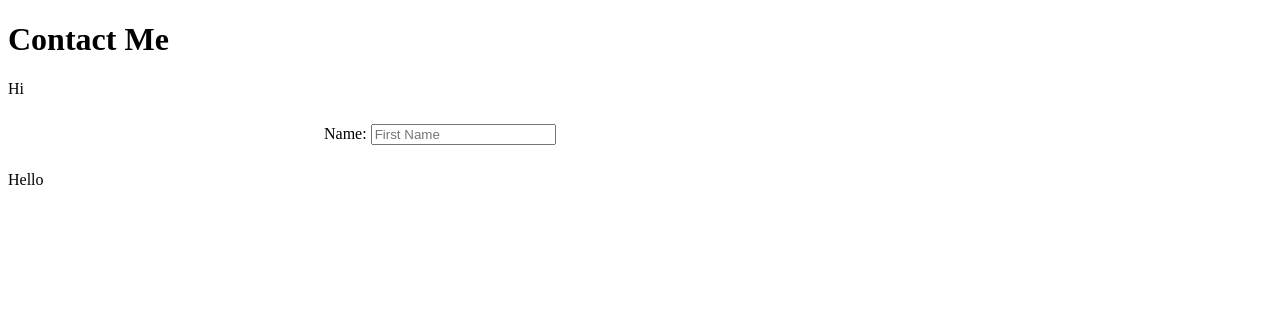
Repository: JanakanS95/COMP-229-Assignment-1
Page: http://localhost/contact
The author's editor kept a copy of each file at every save. The page is drawn from the files as they stood at one save, then again after the next save.
The browser window is 1280 px wide. The pictures show the whole page.
The page is served by the project's Node server (app.js). Other server files are loaded and not shown.

Above is the page before, as saved 2021-06-03 16:54:59.

### views/contact.ejs
<!DOCTYPE html>
<html>
  <head>
    <title><%= title %></title>
    <link rel='stylesheet' href='/Content/contact.css' />
  </head>
  <body>
    <h1><%= title %></h1>
    <p>Hi</p>
    <form>
        <label>Name:</label>
        <input id='name' placeholder='First Name'>
        <br>
    </form>
    <p>Hello</p>
  </body>
</html>

### app.js
let createError = require('http-errors');
let express = require('express');
let path = require('path');
let cookieParser = require('cookie-parser');
let logger = require('morgan');

let indexRouter = require('./routes/index');
let usersRouter = require('./routes/users');

let app = express();

// view engine setup
app.set('views', path.join(__dirname, 'views'));
app.set('view engine', 'ejs');

app.use(logger('dev'));
app.use(express.json());
app.use(express.urlencoded({ extended: false }));
app.use(cookieParser());
app.use(express.static(path.join(__dirname, 'public')));

app.use('/', indexRouter);
app.use('/users', usersRouter);

// catch 404 and forward to error handler
app.use(function(req, res, next) {
  next(createError(404));
});

// error handler
app.use(function(err, req, res, next) {
  // set locals, only providing error in development
  res.locals.message = err.message;
  res.locals.error = req.app.get('env') === 'development' ? err : {};

  // render the error page
  res.status(err.status || 500);
  res.render('error');
});

module.exports = app;

### routes/index.js
var express = require('express');
var router = express.Router();

/* GET home page. */
router.get('/', function(req, res, next) {
  res.render('index', { title: 'Janakan Sivananthan' });
});

/* GET home page. */
router.get('/home', function(req, res, next) {
  res.render('index', { title: 'Janakan Sivananthan' });
});

/* GET About me page. */
router.get('/about', function(req, res, next) {
  res.render('about', { title: 'About Me' });
});

/* GET Projects page. */
router.get('/projects', function(req, res, next) {
  res.render('projects', { title: 'Projects' });
});

/* GET Service page. */
router.get('/services', function(req, res, next) {
  res.render('services', { title: 'Services' });
});

/* GET Contact Me page. */
router.get('/contact', function(req, res, next) {
  res.render('contact', { title: 'Contact Me' });
});

module.exports = router;

### public/Content/contact.css
form{
    margin: auto;
    width : 50%;
    padding : 10px;
}

p{
    color: black;
}

After the next save:
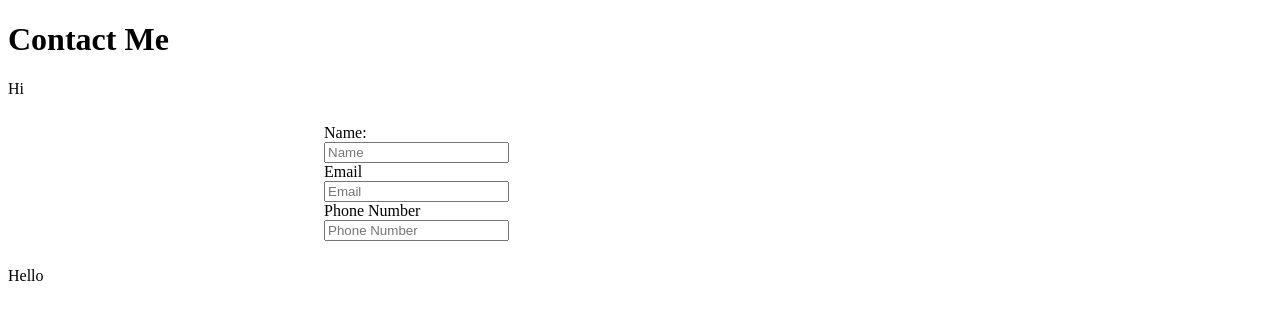
Saved 2 min 17 s later.
--- a/views/contact.ejs
+++ b/views/contact.ejs
@@ -9,7 +9,16 @@
     <p>Hi</p>
     <form>
         <label>Name:</label>
-        <input id='name' placeholder='First Name'>
+        <br>
+        <input id='name' placeholder='Name'>
+        <br>
+        <label>Email</label>
+        <br>
+        <input id='email' placeholder='Email' type='email'>
+        <br>
+        <label>Phone Number</label>
+        <br>
+        <input id='name' placeholder='Phone Number'>
         <br>
     </form>
     <p>Hello</p>
